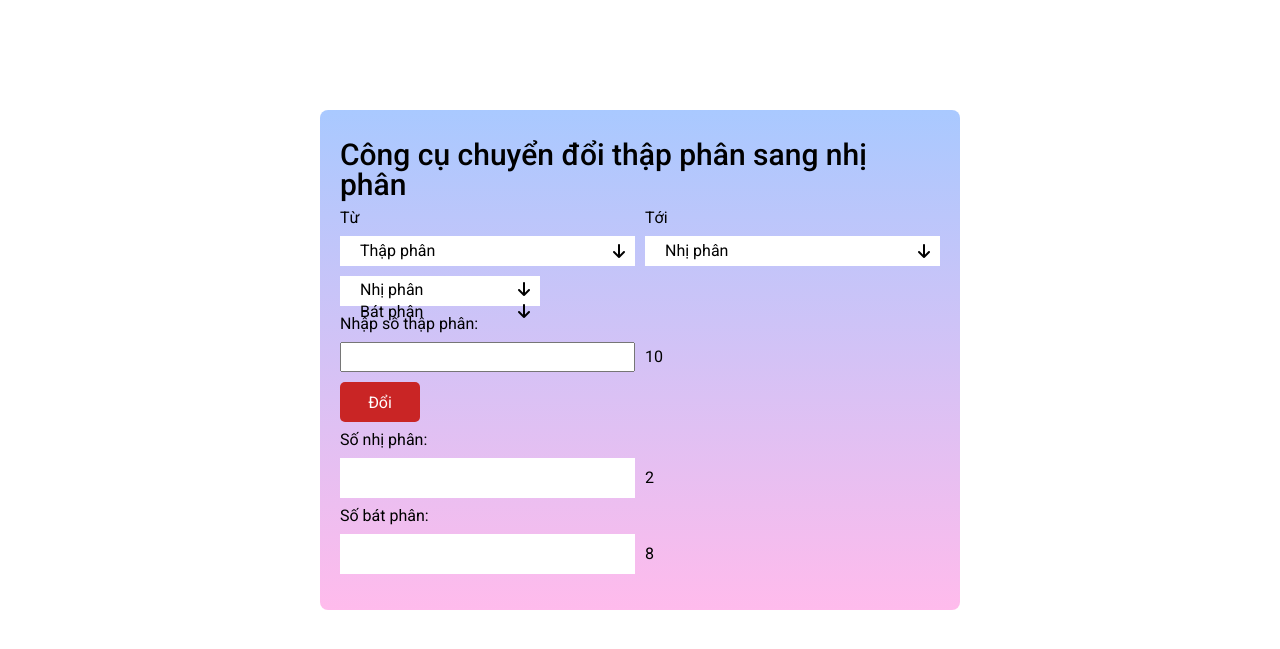
Repository: thuanpham00/covertNumber
Page: index.html
These files come from the project's save history. The page is drawn as it stood at one moment and after the next save; the edit follows.
The browser window is 1280 px wide. The pictures show the whole page.
Some web libraries are served in a nearby version. The style sheet was rebuilt from its Sass, Less or Tailwind sources for each picture, by a compiler version that may differ from the author's.

Above is the page before, as saved 2023-11-05 16:45:38.
Console error: TypeError: Cannot read properties of null (reading 'addEventListener')

After the next save:
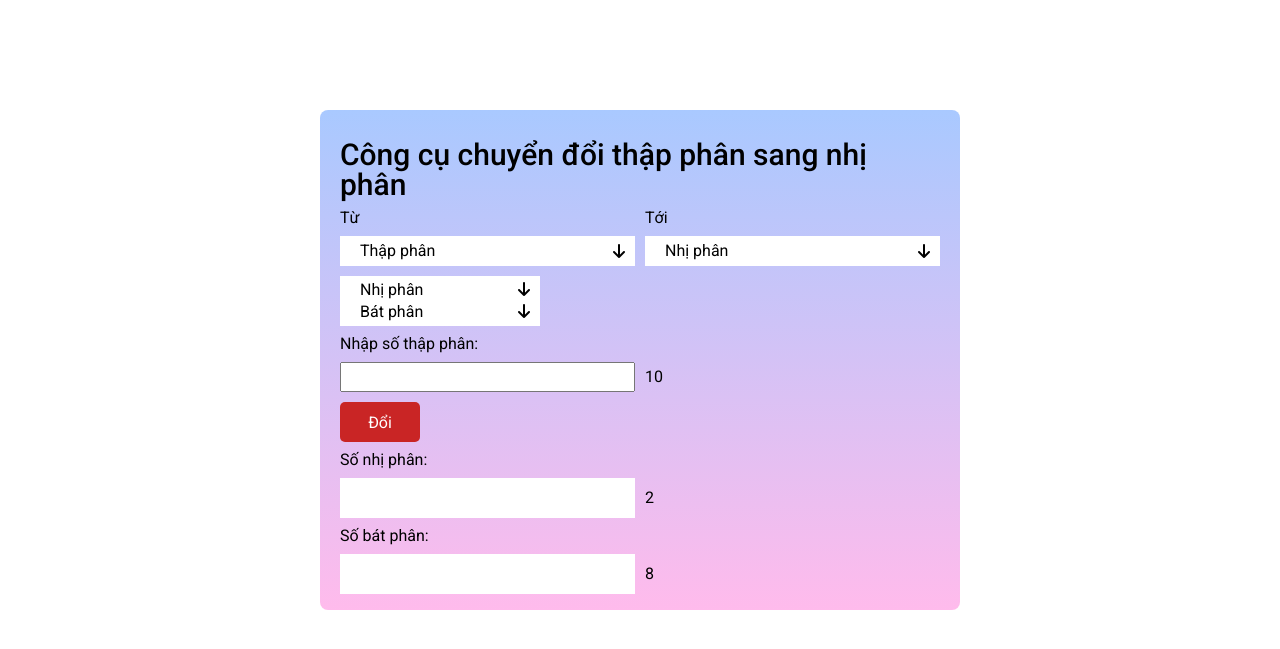
Saved 4 s later.
--- a/scss/main.scss
+++ b/scss/main.scss
@@ -223,7 +223,7 @@ button {
 
 .list {
     margin-top: 10px;
-    height: 30px;
+    height: 50px;
     width: 200px;
     background: #fff;
 
@@ -232,7 +232,7 @@ button {
         display: flex;
         align-items: center;
         justify-content: space-between;
-        padding-left:20px;
+        padding-left: 20px;
         padding-right: 10px;
     }
 }
